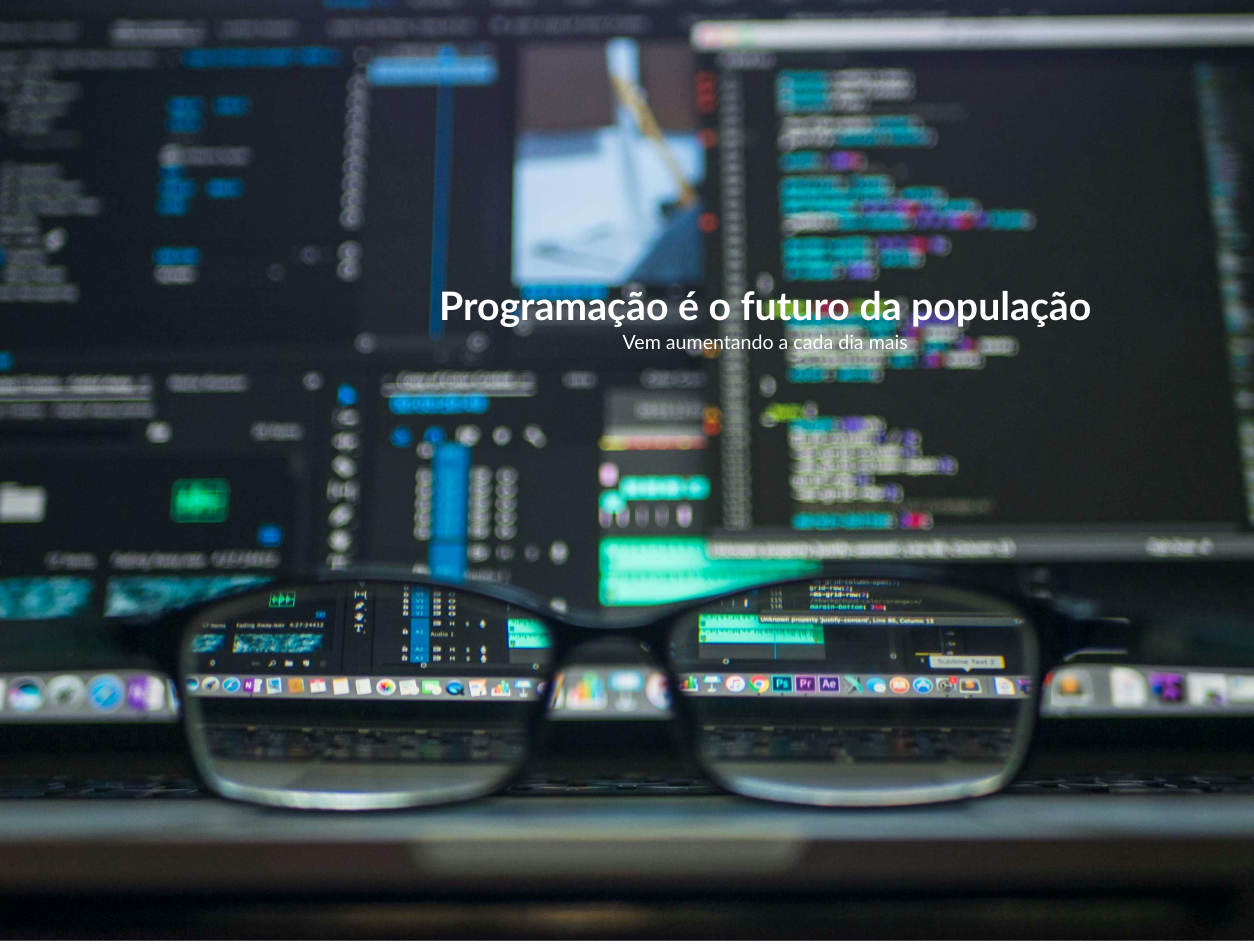
Repository: Caiquedev123/Sites
Page: index.html
An editor plug-in stored every save of this project. The page is shown before and after the next save, followed by the edit.
The browser window is 1280 px wide. The pictures show the whole page, at 98% of full size.

Above is the page before, as saved 2024-07-22 14:25:23.

### index.html
<!DOCTYPE html>
<html lang="en">
<head>
    <meta charset="UTF-8">
    <meta name="viewport" content="width=device-width, initial-scale=1.0">
    <title>Projeto</title>
    <link rel="stylesheet" href="style.css">
    <link rel="stylesheet" href="./reset.css">
</head>
<body>
    <div class="container">
        <h1>Programação é o futuro da população</h1>
        <p>Vem aumentando a cada dia mais</p>
    </div>
    <section class="imagens">
        <img src="./imagem/Progrmação.jpg" alt="programação">
    </section>
</body>
</html>

### style.css
body{background-color: rgb(255, 255, 255);}

.container{
    position: absolute;
    z-index: 1;
    text-align: center;
    left: 35%;
    top: 40%;
    color: rgb(255, 255, 255);
    font-family: 'Gill Sans', 'Gill Sans MT', Calibri, 'Trebuchet MS', sans-serif;
    font-size: 20px;
    box-shadow: ;
}

img{
    width: 100%;
    object-fit: cover;
    position: relative;
}

Loaded but not shown: reset.css (common file)

After the next save:
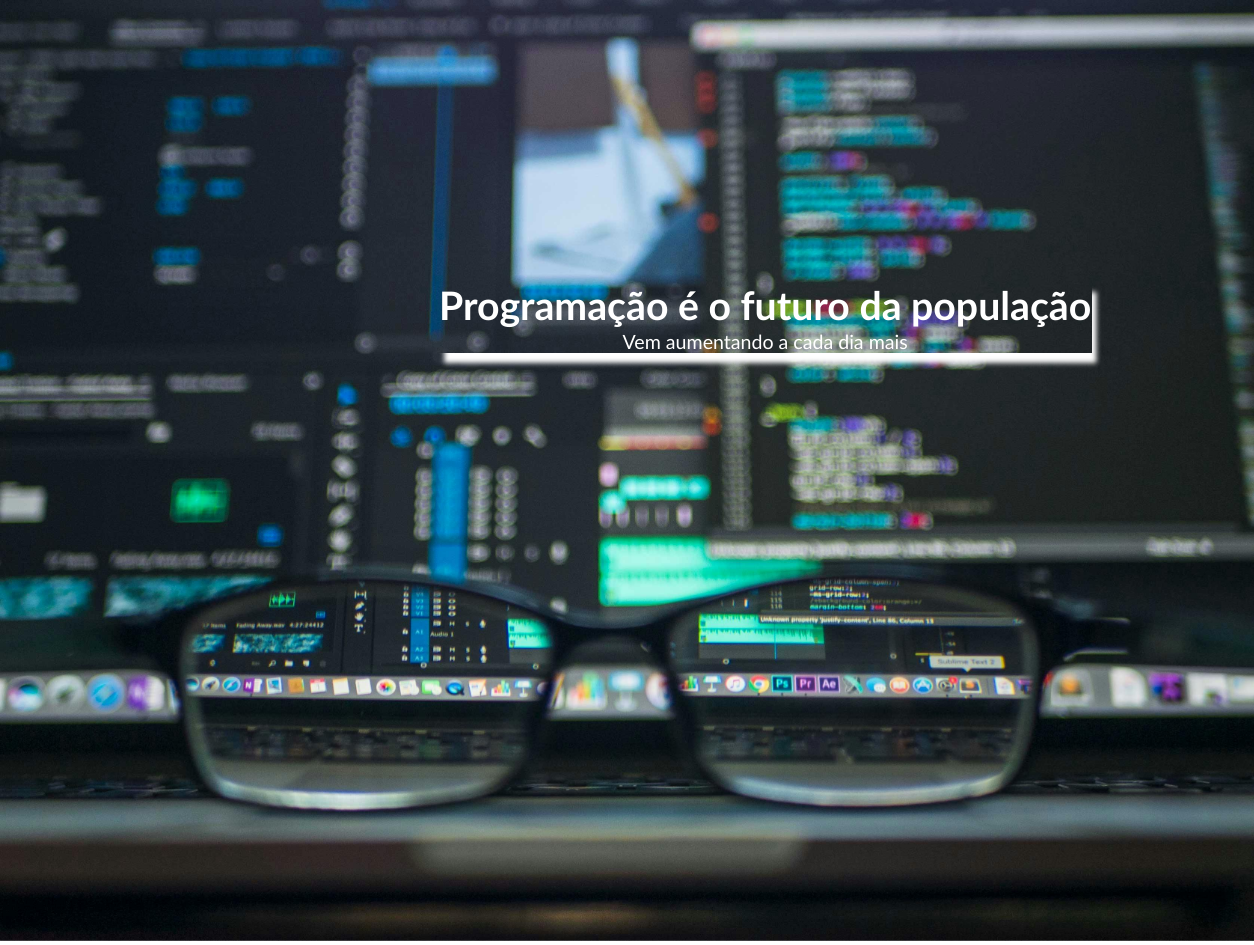
Saved 8 s later.
--- a/style.css
+++ b/style.css
@@ -9,7 +9,7 @@
     color: rgb(255, 255, 255);
     font-family: 'Gill Sans', 'Gill Sans MT', Calibri, 'Trebuchet MS', sans-serif;
     font-size: 20px;
-    box-shadow: ;
+    box-shadow: 5px 10px 5px;
 }
 
 img{
